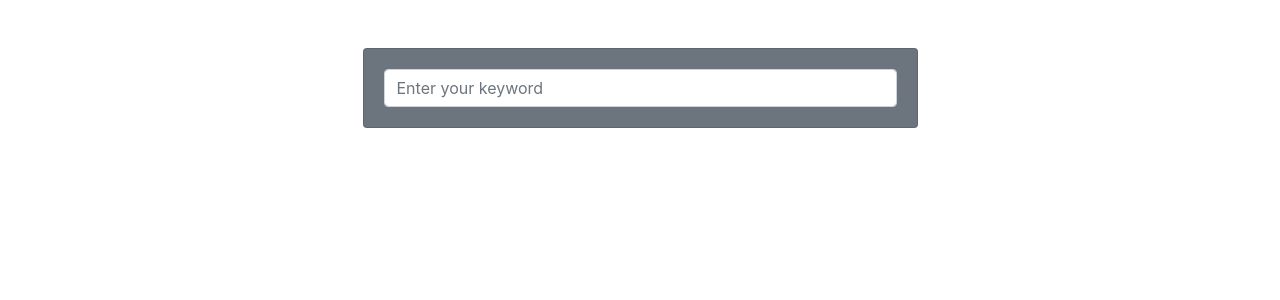
Repository: GovindParve/spring_mvc_maven_search_project
Page: http://localhost/springmvcsearch/home
An editor plug-in stored every save of this project. The page is shown before and after the next save, followed by the edit.
The browser window is 1280 px wide. The pictures show the whole page.
Some web libraries are served in a nearby version. The page is served by Tomcat 9.

Above is the page before, as saved 2023-06-17 18:21:15.

After the next save:
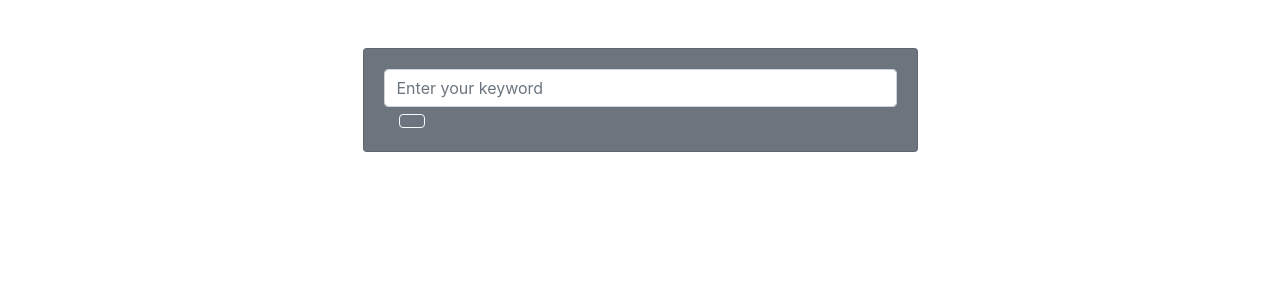
Saved 73 s later.
--- a/springmvcsearch/src/main/webapp/WEB-INF/views/home.jsp
+++ b/springmvcsearch/src/main/webapp/WEB-INF/views/home.jsp
@@ -18,6 +18,9 @@
     				<div class="form-grop">
     					<input type="text" name="querybox" placeholder="Enter your keyword" class="form-control" >
     				</div>
+    				<div class="container">
+    					<button class="btn btn-outline-light"></button>
+    				</div>
     			</form>
     		</div>
     	</div>
